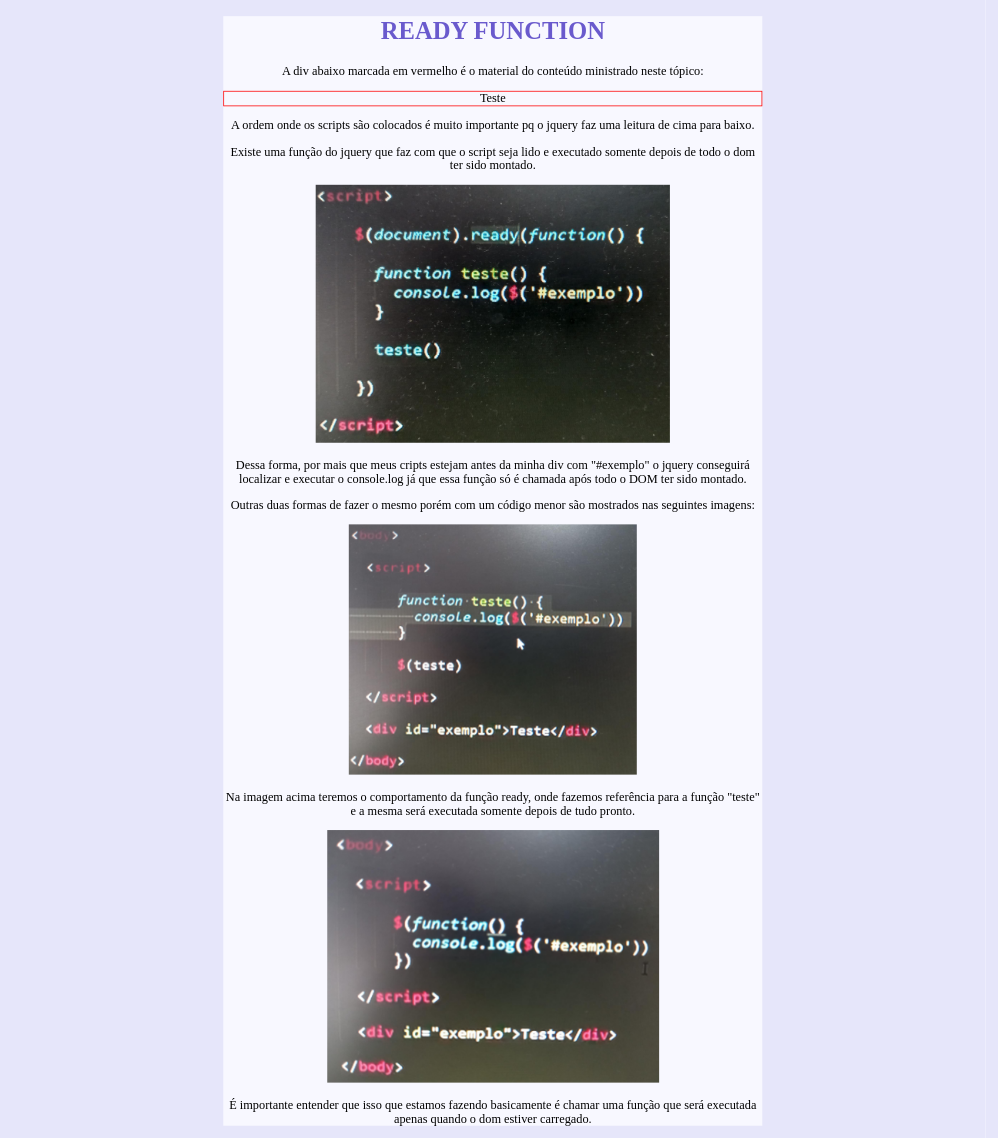
Repository: 2001mariana/jquery
Page: execution-sequence.html
An editor plug-in stored every save of this project. The page is shown before and after a run of saves, followed by the edit.
The browser window is 1280 px wide. The page is 1280 px wide, then 1296 px, so the pictures cover 1296 px, including what lies to the right of the window. The pictures show the whole page, at 77% of full size.

Above is the page before, as saved 2022-08-04 15:12:24.

### execution-sequence.html
<!DOCTYPE html>
<html>
<head>
    <meta charset='utf-8'>
    <meta http-equiv='X-UA-Compatible' content='IE=edge'>
    <title>Parte 1- select elements</title>
    <meta name='viewport' content='width=device-width, initial-scale=1'>
    <!-- <link rel='stylesheet' type='text/css' media='screen' href='main.css'> -->
    <!-- <script src='main.js'></script> -->
    <script src="https://code.jquery.com/jquery-3.6.0.min.js" integrity="sha256-/xUj+3OJU5yExlq6GSYGSHk7tPXikynS7ogEvDej/m4=" crossorigin="anonymous"></script>
    <script src="script.js"></script>
</head>
<body style="background-color: #E6E6FA;">
    <div id="page-size" style="background-color: #F8F8FF;">
      <h1>ready function</h1>
      <p>A div abaixo marcada em vermelho é o material do conteúdo ministrado neste tópico:</p>
      <div id="exemplo">Teste</div>
      <p>A ordem onde os scripts são colocados é muito importante pq o jquery faz uma leitura de cima para baixo.</p>
      <p>Existe uma função do jquery que faz com que o script seja lido e executado somente depois de todo o dom ter sido montado.</p>
      <img src="img/function-ready.PNG" id="imagem" />
      <p>Dessa forma, por mais que meus cripts estejam antes da minha div com "#exemplo" o jquery conseguirá localizar e executar o console.log já que essa função só é chamada após todo o DOM ter sido montado.</p>
      <p>Outras duas formas de fazer o mesmo porém com um código menor são mostrados nas seguintes imagens:</p>
      <img src="img/function-ready-hidden.PNG" id="imagem" />
      <p>Na imagem acima teremos o comportamento da função ready, onde fazemos referência para a função "teste" e a mesma será executada somente depois de tudo pronto.</p>
      <img src="img/function-nameless.PNG" id="imagem" />
      <p>É importante entender que isso que estamos fazendo basicamente é chamar uma função que será executada apenas quando o dom estiver carregado.</p>
    </div>
</body>
<script>
$("h1").css("color", "#6A5ACD")
$("h1").css("text-transform", "uppercase")
$("h1").css("margin-bottom", "26px")
$("body").css("text-align", "center")
$("div#exemplo").css("border", "1px solid red")
$("div#page-size").css("width", "700px")
$("div#page-size").css("margin", "auto")
</script>
</html>

### script.js
$(document).ready(function() {
	console.log($('#exemplo'))
    //Aqui ficará todo o código javascript necessário na nossa aplicação
})

After the next 2 saves:
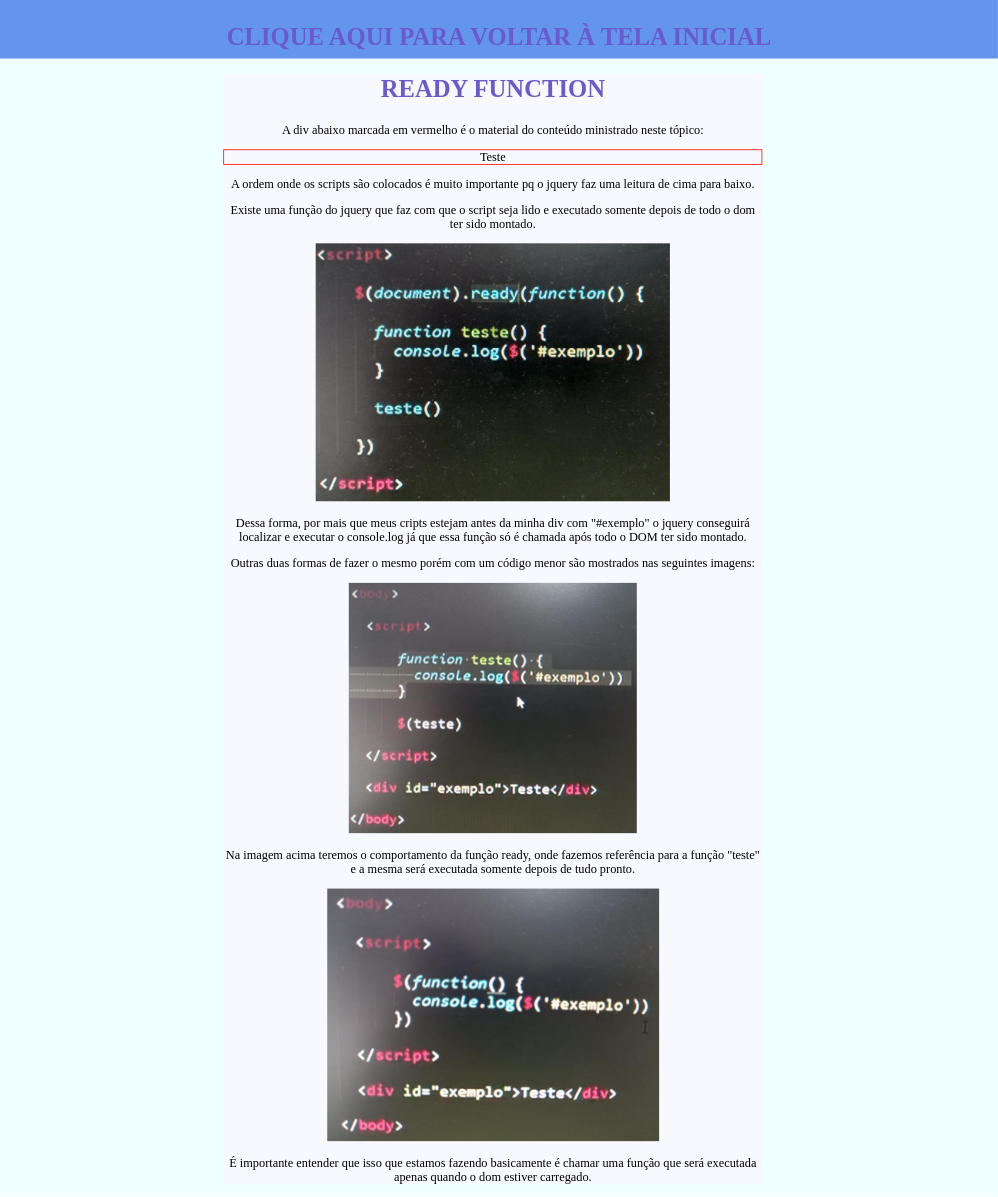
The 2 saves are shown as one change because they came seconds apart.
The last was saved 13 s later.
--- a/execution-sequence.html
+++ b/execution-sequence.html
@@ -10,7 +10,13 @@
     <script src="https://code.jquery.com/jquery-3.6.0.min.js" integrity="sha256-/xUj+3OJU5yExlq6GSYGSHk7tPXikynS7ogEvDej/m4=" crossorigin="anonymous"></script>
     <script src="script.js"></script>
 </head>
-<body style="background-color: #E6E6FA;">
+  <body style="margin: 0 auto; background-color: 	#F0FFFF;">
+
+		<div id="header" style="background-color: #6495ED; height: 60px; width: 100%; padding: 8px;">
+			<a href="index.html" style="text-decoration: none; text-transform: uppercase; color:#FFFFFF;"><h1>
+				Clique aqui para voltar à tela inicial</h1></a>
+		</div>
+
     <div id="page-size" style="background-color: #F8F8FF;">
       <h1>ready function</h1>
       <p>A div abaixo marcada em vermelho é o material do conteúdo ministrado neste tópico:</p>
